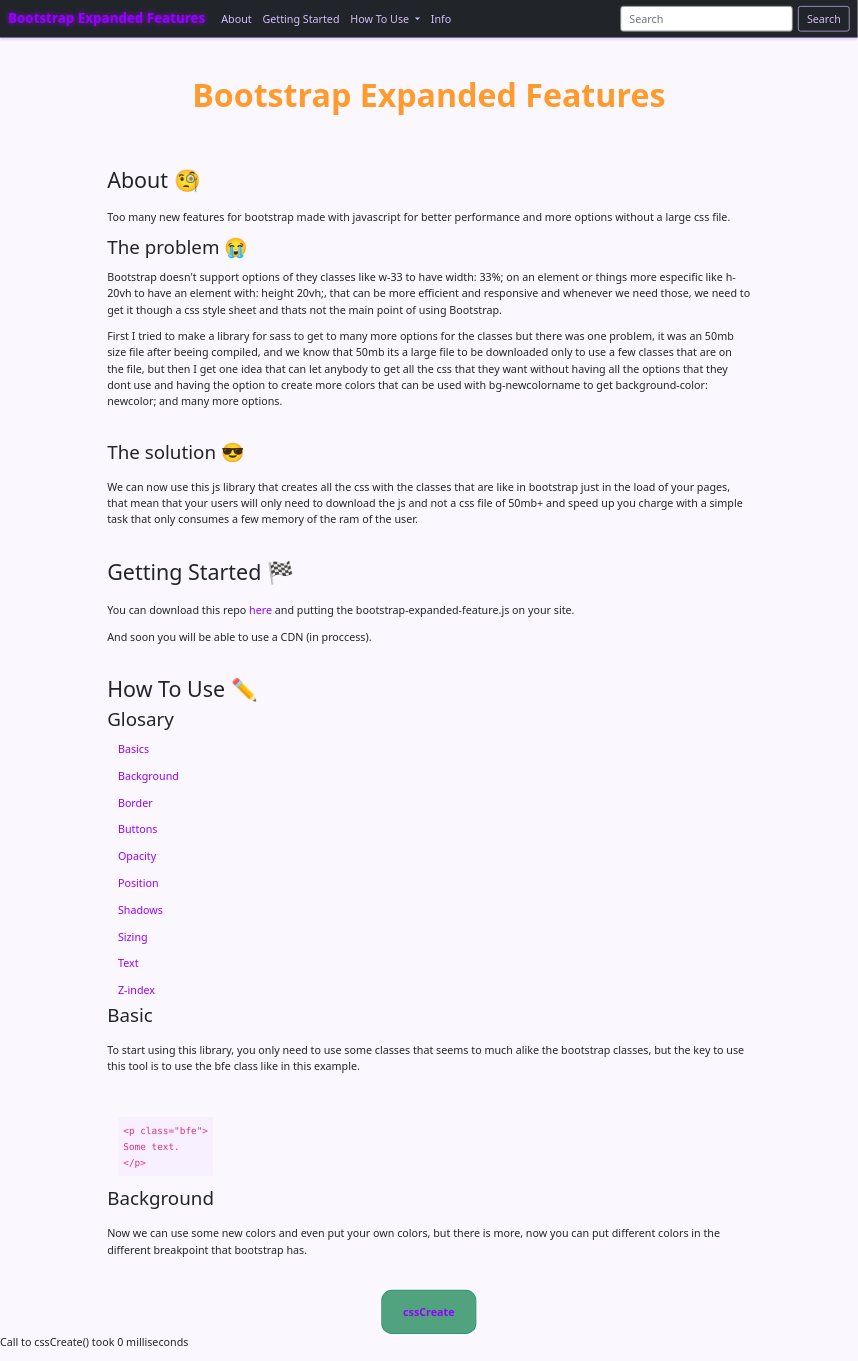
Repository: LynxPardelle/bootstrap-expanded-features
Page: index.html
The author's editor kept a copy of each file at every save. The page is drawn from the files as they stood at one save, then again after the next save.
The browser window is 1280 px wide. The pictures show the whole page, at 67% of full size.

Above is the page before, as saved 2022-01-02 05:29:44.

After the next save:
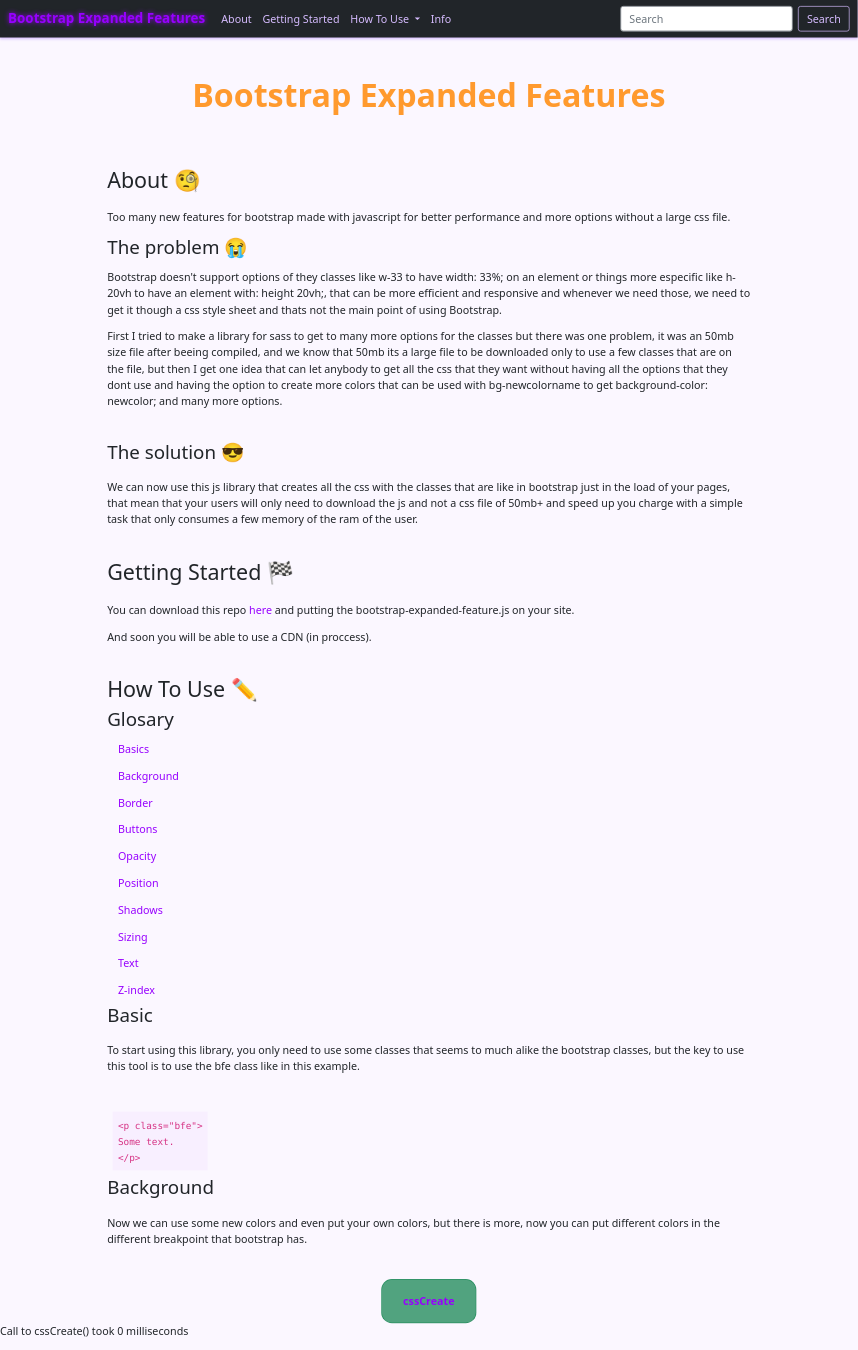
Saved 8 s later.
--- a/index.html
+++ b/index.html
@@ -243,7 +243,7 @@
               that seems to much alike the bootstrap classes, but the key to use
               this tool is to use the bfe class like in this example.
             </p>
-            <p class="d-inline-block p-2 m-3 bef-bg-futurePop__OPA__0_03">
+            <p class="d-inline-block p-2 m-2 bef-bg-futurePop__OPA__0_03">
               <code>
                 &#60;p class="bfe"&#62;
                 <br />
